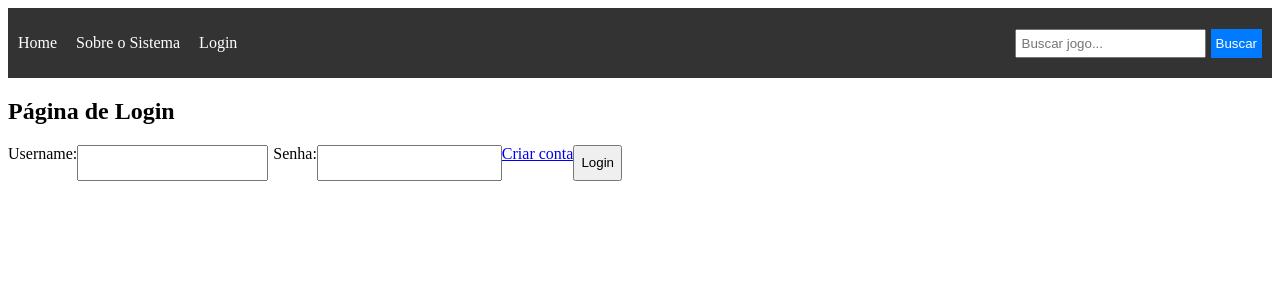
Repository: lucasparila/JogosEletronicos
Page: http://localhost/JogosEletronicos/view/login.jsp
The author's editor kept a copy of each file at every save. The page is drawn from the files as they stood at one save, then again after the next save.
The browser window is 1280 px wide. The pictures show the whole page.
The page is served by Tomcat 9.

Above is the page before, as saved 2025-05-17 00:15:34.

After the next save:
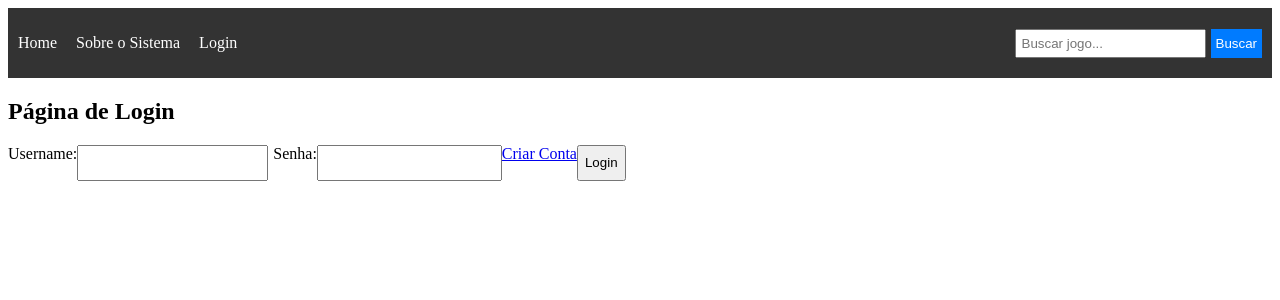
Saved 3 min 29 s later.
--- a/JogosEletronicos/src/main/webapp/view/login.jsp
+++ b/JogosEletronicos/src/main/webapp/view/login.jsp
@@ -6,6 +6,10 @@
     <link rel="stylesheet" href="<%= request.getContextPath() %>/css/header.css">
 </head>
 <body>
+
+<%
+    String contextPath = ((HttpServletRequest) request).getContextPath();
+%>
 
     <jsp:include page="header.jsp" />
     <h2 class="titulo-login">Página de Login</h2>
@@ -17,7 +21,7 @@
         <label>Senha:</label>
         <input type="password" name="senha" required><br><br> <!-- Correção aqui -->
 
-        <a href="view/criar-conta">Criar conta</a>
+        <a href="<%= contextPath %>/view/criar-conta.jsp">Criar Conta</a>
         <input type="submit" value="Login">
     </form>
 </body>
